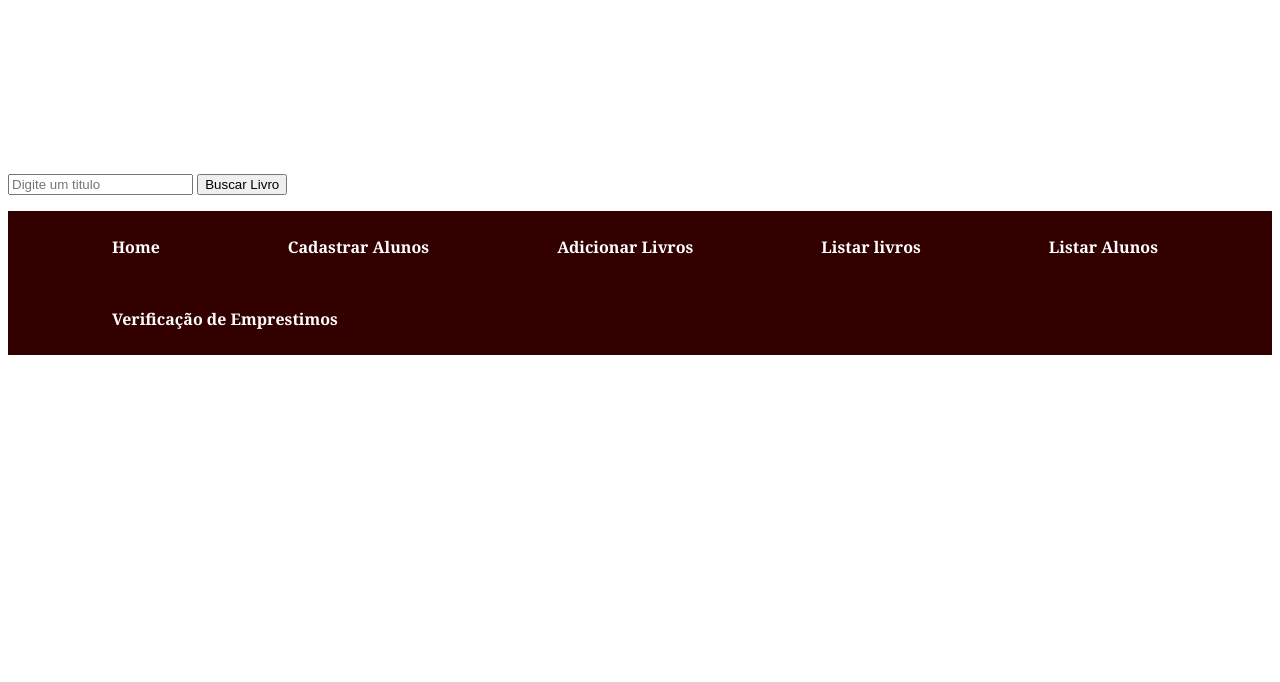
Repository: maisapr/petshoponline
Page: http://localhost/bibliotecaspring/WEB-INF/views/Home.jsp
The author's editor kept a copy of each file at every save. The page is drawn from the files as they stood at one save, then again after the next save.
The browser window is 1280 px wide. The pictures show the whole page.
The page is served by Tomcat 9. Nobody is signed in. The template is opened directly, without the code that normally fills it, so the values that code supplies are empty.

Above is the page before, as saved 2018-11-16 14:25:47.

After the next save:
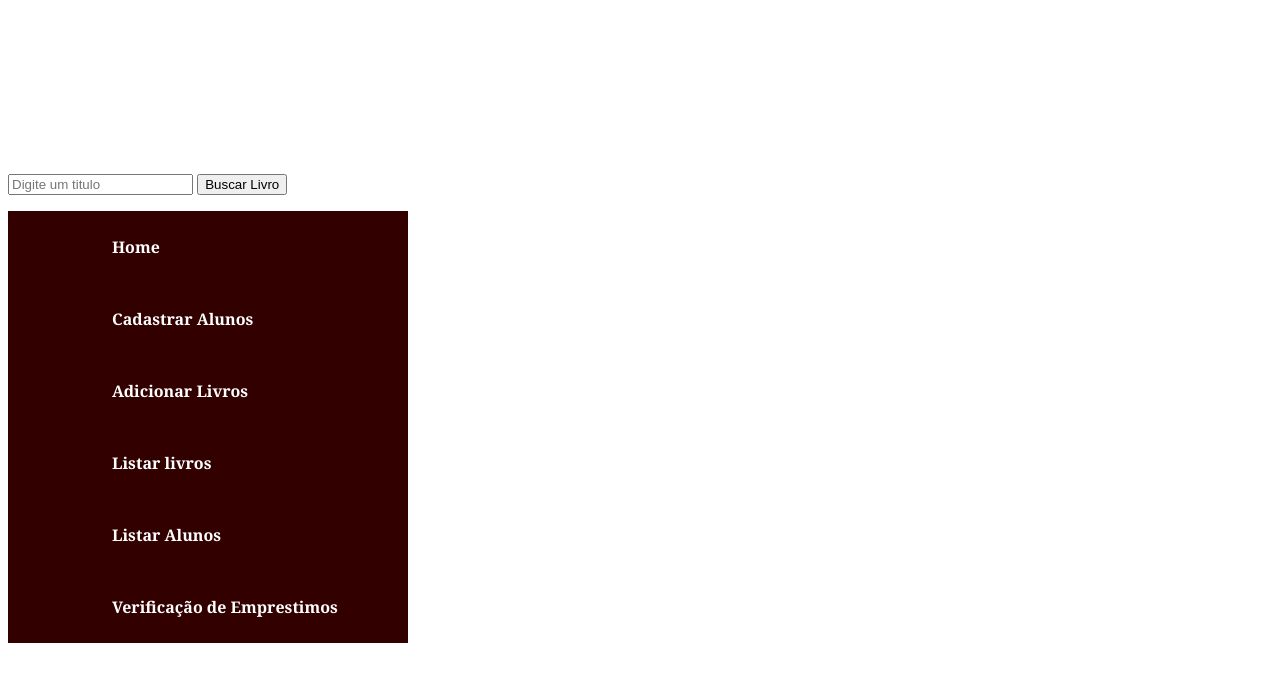
Not found: PetShopSpring/bibliotecaspring/bibliotecaspring/WEB-INF/views/MENU.png
Saved 59 s later.
--- a/PetShopSpring/bibliotecaspring/WebContent/WEB-INF/views/Menu.jsp
+++ b/PetShopSpring/bibliotecaspring/WebContent/WEB-INF/views/Menu.jsp
@@ -23,7 +23,9 @@
 }
 
 body {
-	background-image: MENU.PNG;
+    width: 400px;
+    height: 300px;
+    background-image: url(MENU.png);
 }
 
 ul {
